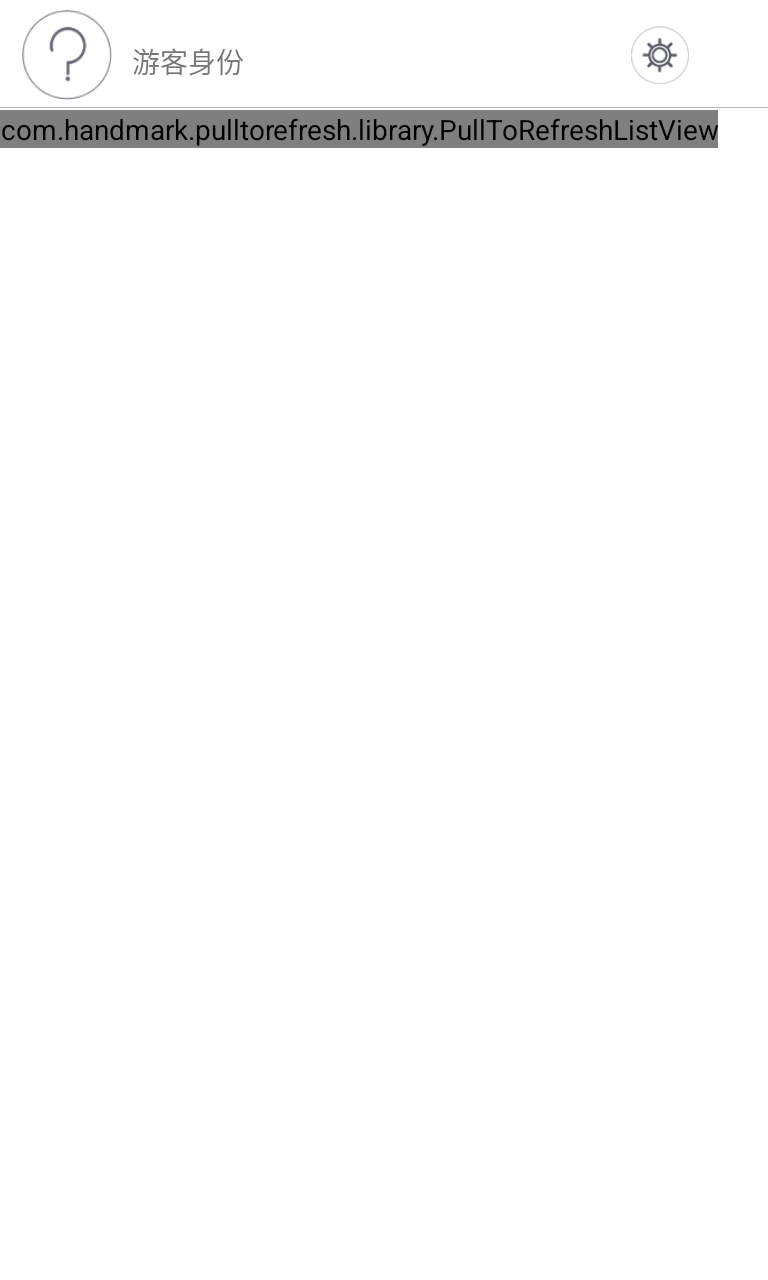
Repository: MinoyJet/Amoy
Layout: beta5/res/layout/dy.xml
An editor plug-in stored every save of this project. The layout is shown before and after the next save, followed by the edit.
Pictures or frames that could not be fetched are drawn as grey boxes. It is drawn on a 768 x 1280 px phone screen (xhdpi) without system bars, with theme AppTheme; the app's code is not run.

Above is the layout before, as saved 2015-04-25 04:55:03.

### beta5/res/layout/dy.xml
<RelativeLayout xmlns:android="http://schemas.android.com/apk/res/android"
    android:layout_width="match_parent"
    android:layout_height="match_parent"
    android:background="#ffffff"
    android:orientation="vertical" >

    <RelativeLayout
        android:id="@+id/relativeLayout1"
        android:layout_width="fill_parent"
        android:layout_height="55dp"
        android:layout_alignParentLeft="true"
        android:layout_alignParentTop="true"
        android:orientation="vertical" >

        <ImageView
            android:id="@+id/imageView2"
            android:layout_width="match_parent"
            android:layout_height="wrap_content"
            android:layout_alignParentBottom="true"
            android:layout_alignParentLeft="true"
            android:background="@drawable/xian" />

           <TextView
            android:id="@+id/textView1"
            android:layout_width="wrap_content"
            android:layout_height="wrap_content"
          android:layout_marginTop="20dp"
            android:layout_marginLeft="10dp"
            android:layout_toRightOf="@+id/imageView1"
            android:text="游客身份" />

        <ImageView
            android:id="@+id/imageView1"
            android:layout_width="45dp"
            android:layout_height="45dp"
            android:layout_alignParentLeft="true"
            android:layout_centerVertical="true"
            android:layout_marginLeft="11dp"
            android:background="@drawable/yonghuyouke" />

        <ImageButton
            android:id="@+id/imageButton1"
            android:layout_width="30dp"
            android:layout_height="30dp"
            android:layout_alignParentRight="true"
            android:layout_centerVertical="true"
            android:layout_marginRight="39dp"
            android:background="@drawable/xitongshezhi" />

    </RelativeLayout>

    <com.handmark.pulltorefresh.library.PullToRefreshListView

        android:id="@+id/list"
        android:layout_width="wrap_content"
        android:layout_height="wrap_content"
        android:layout_below="@+id/relativeLayout1"
        android:divider="#EEEEEE"
        android:dividerHeight="8dp"
        android:layout_marginBottom="58dp"
        >

   </com.handmark.pulltorefresh.library.PullToRefreshListView>



</RelativeLayout>

### beta5/res/values/styles.xml
<resources>

    <!--
        Base application theme, dependent on API level. This theme is replaced
        by AppBaseTheme from res/values-vXX/styles.xml on newer devices.
    -->
    <style name="AppBaseTheme" parent="Theme.AppCompat.Light">
           <item name="android:windowIsTranslucent">true</item>
             <item name="android:windowNoTitle">true</item>
        <!--
            Theme customizations available in newer API levels can go in
            res/values-vXX/styles.xml, while customizations related to
            backward-compatibility can go here.
        -->
    </style>

    <!-- Application theme. -->
    <style name="AppTheme" parent="AppBaseTheme">
        <!-- All customizations that are NOT specific to a particular API-level can go here. -->
    </style>

</resources>

### beta5/res/values-v11/styles.xml
<resources>

    <!--
        Base application theme for API 11+. This theme completely replaces
        AppBaseTheme from res/values/styles.xml on API 11+ devices.
    -->
    <style name="AppBaseTheme" parent="Theme.AppCompat.Light">
           <item name="android:windowIsTranslucent">true</item>
             <item name="android:windowNoTitle">true</item>
        <!-- API 11 theme customizations can go here. -->
    </style>

</resources>

### beta5/res/values-v14/styles.xml
<resources>

    <!--
        Base application theme for API 14+. This theme completely replaces
        AppBaseTheme from BOTH res/values/styles.xml and
        res/values-v11/styles.xml on API 14+ devices.
    -->
    <style name="AppBaseTheme" parent="Theme.AppCompat.Light.DarkActionBar">
           <item name="android:windowIsTranslucent">true</item>
             <item name="android:windowNoTitle">true</item>
        <!-- API 14 theme customizations can go here. -->
    </style>

</resources>

After the next save:
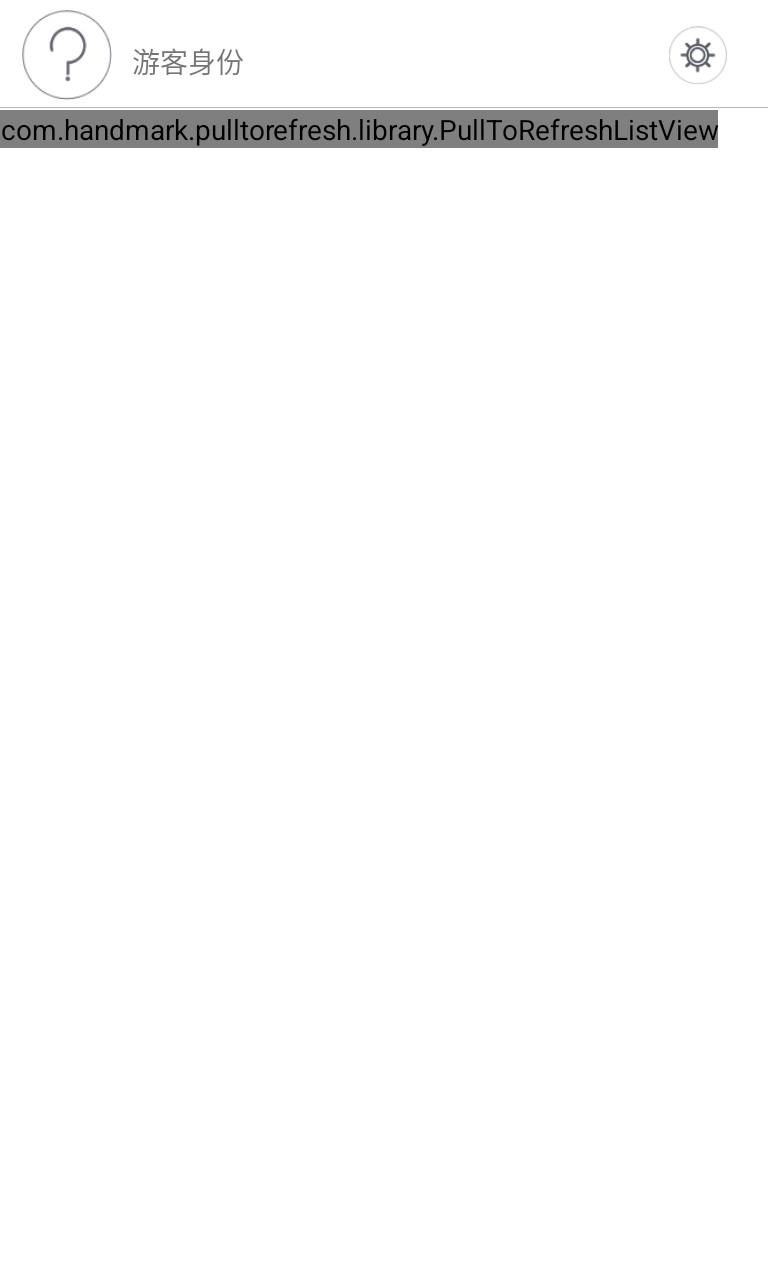
Saved 3 min 59 s later.
--- a/beta5/res/layout/dy.xml
+++ b/beta5/res/layout/dy.xml
@@ -44,7 +44,7 @@
             android:layout_height="30dp"
             android:layout_alignParentRight="true"
             android:layout_centerVertical="true"
-            android:layout_marginRight="39dp"
+            android:layout_marginRight="20dp"
             android:background="@drawable/xitongshezhi" />
 
     </RelativeLayout>
